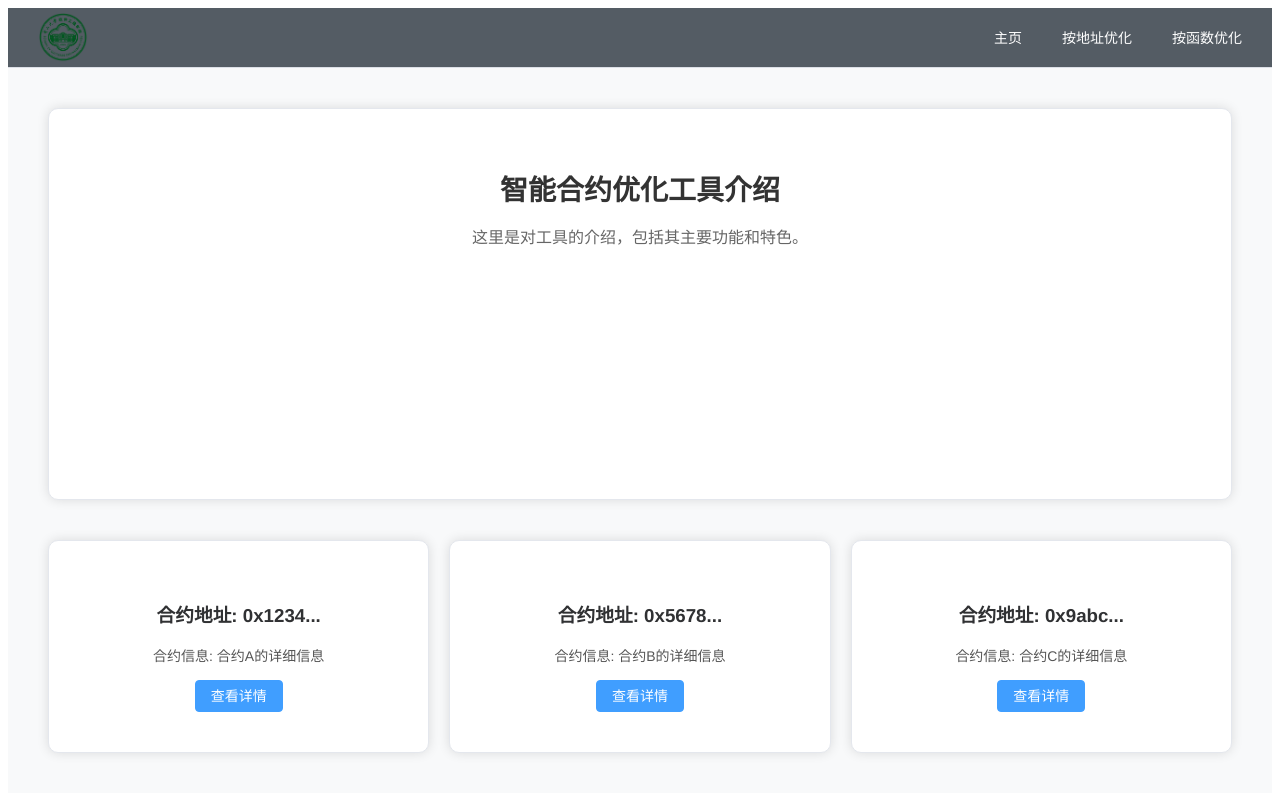
Repository: syckcoding/SmartHalo
Page: /
An editor plug-in stored every save of this project. The page is shown before and after a run of saves, followed by the edit.
The browser window is 1280 px wide. The pictures show the whole page.
The project was rebuilt for these pictures with package versions that can differ from the ones it lists, and the page was loaded fresh each time. Also part of the build but not shown: vite.config.js, src/views/Detail.vue.

Above is the page before, as saved 2024-10-05 11:01:38.

### src/main.js
import { createApp } from 'vue';
import App from './App.vue';
import router from './router';
import ElementPlus from 'element-plus';
import 'element-plus/dist/index.css';

createApp(App).use(router).use(ElementPlus).mount('#app');

### src/App.vue
<template>
  <div id="app">
    <Navbar />
    <router-view />
  </div>
</template>

<script>
import Navbar from './components/Navbar.vue';

export default {
  components: {
    Navbar,
  },
};
</script>

<style>
/* 样式设置 */
#app {
  font-family: Avenir, Helvetica, Arial, sans-serif;
  text-align: center;
  color: #2c3e50;
}
</style>

### src/router/index.js
import { createRouter, createWebHistory } from 'vue-router';
import Home from '../views/Home.vue';
import Detail from '../views/Detail.vue';

const routes = [
  { path: '/', name: 'Home', component: Home },
  { path: '/detail/:id', name: 'Detail', component: Detail, props: true },
];

const router = createRouter({
  history: createWebHistory(process.env.BASE_URL),
  routes,
});

export default router;

### src/components/Navbar.vue
<template>
  <el-menu :default-active="activeIndex" class="el-menu-demo" mode="horizontal">
    <el-menu-item index="0" class="logo-item">
      <img src="@/assets/intro-image.png" alt="工具LOGO" class="intro-logo" />
    </el-menu-item>
    <div class="menu-right">
      <el-menu-item index="1" @click="goToHome">主页</el-menu-item>
      <el-menu-item index="2" @click="goToAddressOptimization">按地址优化</el-menu-item>
      <el-menu-item index="3" @click="goToFunctionOptimization">按函数优化</el-menu-item>
    </div>
  </el-menu>
</template>

<script>
export default {
  data() {
    return {
      activeIndex: '1',
    };
  },
  methods: {
    goToHome() {
      this.$router.push({ name: 'Home' });
    },
    goToAddressOptimization() {
      this.$router.push({ name: 'Detail', params: { mode: 'address' } });
    },
    goToFunctionOptimization() {
      this.$router.push({ name: 'Detail', params: { mode: 'function' } });
    },
  },
};
</script>

<style scoped>
.el-menu-demo {
  background-color: #545c64;
  color: #fff;
  padding: 10px;
  display: flex;  /* 使用Flex布局 */
  align-items: center;
  justify-content: space-between; /* 主轴两端对齐，使左侧logo与右侧菜单分别靠边 */
}

.logo-item {
  pointer-events: none;
}

.intro-logo {
  width: 50px;
  height: 50px;
  margin-right: 20px;
}

.el-menu-demo .el-menu-item {
  color: #fff;
}

.menu-right {
  display: flex;  /* 确保子元素在同一行显示 */
}
</style>

### src/views/Home.vue
<template>
    <div>
      <HomePage />
    </div>
  </template>

  <script>
  import HomePage from '../components/HomePage.vue';

  export default {
    components: {
      HomePage,
    },
  };
  </script>

  <style scoped>
  /* 可根据需要添加样式 */
  </style>

### src/components/HomePage.vue
<template>
  <div class="home">
    <el-row :gutter="20" class="intro-section">
      <el-col :span="24">
        <el-card class="intro-card">
          <h1 class="intro-title">智能合约优化工具介绍</h1>
          <p class="intro-description">这里是对工具的介绍，包括其主要功能和特色。</p>
        </el-card>
      </el-col>
    </el-row>

    <el-row :gutter="20" class="contracts">
      <el-col :span="8" v-for="contract in contracts" :key="contract.id">
        <el-card class="box-card">
          <div class="card-header">
            <h3>合约地址: {{ contract.address }}</h3>
          </div>
          <div class="card-content">
            <p>合约信息: {{ contract.info }}</p>
          </div>
          <div class="card-actions center-button">
            <el-button type="primary" @click="viewDetails(contract.id)">查看详情</el-button>
          </div>
        </el-card>
      </el-col>
    </el-row>
  </div>
</template>

<script>
export default {
  data() {
    return {
      contracts: [
        { id: 1, address: '0x1234...', info: '合约A的详细信息' },
        { id: 2, address: '0x5678...', info: '合约B的详细信息' },
        { id: 3, address: '0x9abc...', info: '合约C的详细信息' },
      ],
    };
  },
  methods: {
    viewDetails(contractId) {
      this.$router.push({ name: 'Detail', params: { id: contractId } });
    },
  },
};
</script>

<style scoped>
.home {
  padding: 40px;
  background-color: #f8f9fa;
}
.intro-section {
  margin-bottom: 40px;
}
.intro-card {
  padding: 20px;
  min-height: 350px;
  background-color: #ffffff;
  border-radius: 10px;
  box-shadow: 0 4px 8px rgba(0, 0, 0, 0.1);
}
.intro-title {
  font-size: 28px;
  font-weight: bold;
  color: #333;
  margin-bottom: 10px;
}
.intro-description {
  font-size: 16px;
  color: #666;
}
.contracts {
  margin-top: 20px;
}
.box-card {
  padding: 20px;
  background-color: #ffffff;
  border-radius: 10px;
  box-shadow: 0 4px 8px rgba(0, 0, 0, 0.1);
  transition: transform 0.3s ease;
}
.box-card:hover {
  transform: translateY(-5px);
}
.card-header {
  margin-bottom: 10px;
}
.card-content {
  font-size: 14px;
  color: #555;
  margin-bottom: 15px;
}
.card-actions {
  text-align: center;
  display: flex;
  justify-content: center;
  align-items: center;
}
.center-button {
  margin-top: 15px;
}
.el-button {
  background-color: #409eff;
  border-color: #409eff;
  color: #ffffff;
}
.el-button:hover {
  background-color: #66b1ff;
  border-color: #66b1ff;
}
</style>

Loaded but not shown: index.html (common file)

After the next 2 saves:
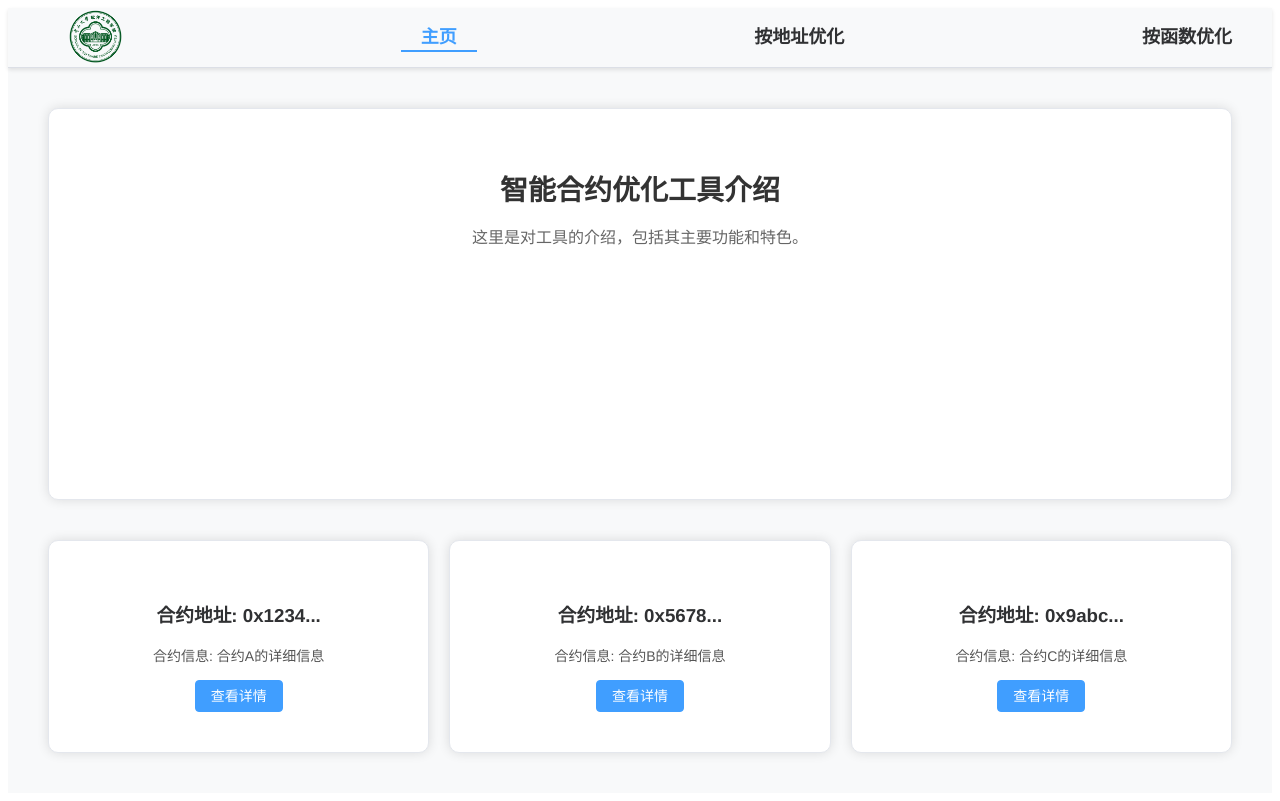
The 2 saves are shown as one change because 1 did not build or start.
The last was saved 2 min 26 s later.
--- a/src/components/Navbar.vue
+++ b/src/components/Navbar.vue
@@ -3,11 +3,9 @@
     <el-menu-item index="0" class="logo-item">
       <img src="@/assets/intro-image.png" alt="工具LOGO" class="intro-logo" />
     </el-menu-item>
-    <div class="menu-right">
-      <el-menu-item index="1" @click="goToHome">主页</el-menu-item>
-      <el-menu-item index="2" @click="goToAddressOptimization">按地址优化</el-menu-item>
-      <el-menu-item index="3" @click="goToFunctionOptimization">按函数优化</el-menu-item>
-    </div>
+    <el-menu-item index="1" @click="goToHome" class="menu-item">主页</el-menu-item>
+    <el-menu-item index="2" @click="goToAddressOptimization" class="menu-item">按地址优化</el-menu-item>
+    <el-menu-item index="3" @click="goToFunctionOptimization" class="menu-item">按函数优化</el-menu-item>
   </el-menu>
 </template>
 
@@ -34,26 +32,46 @@ export default {
 
 <style scoped>
 .el-menu-demo {
-  background-color: #545c64;
-  color: #fff;
-  padding: 10px;
-  display: flex;  /* 使用Flex布局 */
+  background-color: #f8f9fa;  /* 浅灰色背景，与主页阴影一致 */
+  color: #333;
+  padding: 15px 20px;
+  display: flex;
   align-items: center;
+  position: relative;
+  box-shadow: 0 2px 4px rgba(0, 0, 0, 0.1);  /* 浅灰色阴影效果 */
+  border-bottom: 2px solid #2196f3;  /* 底部蓝色线条区分 */
   justify-content: space-between; /* 主轴两端对齐，使左侧logo与右侧菜单分别靠边 */
 }
 
 .logo-item {
   pointer-events: none;
+  position: relative;
+  left: 20px;
+  z-index: 10;  /* 保证logo始终在最外层 */
 }
 
 .intro-logo {
-  width: 50px;
-  height: 50px;
+  width: 55px;
+  height: 55px;
   margin-right: 20px;
 }
 
-.el-menu-demo .el-menu-item {
-  color: #fff;
+.menu-item {
+  color: #333;
+  font-size: 18px;  /* 字体稍微调大一点 */
+  font-weight: bold;  /* 字体调粗一点 */
+  padding: 0 20px;
+  transition: color 0.3s ease;
+}
+
+.menu-item:hover {
+  color: #2196f3;  /* 悬停时改变字体颜色为蓝色，增强交互性 */
+}
+
+.menu-right {
+  display: flex;
+  gap: 30px;
+  margin-left: auto;
 }
 
 .menu-right {
